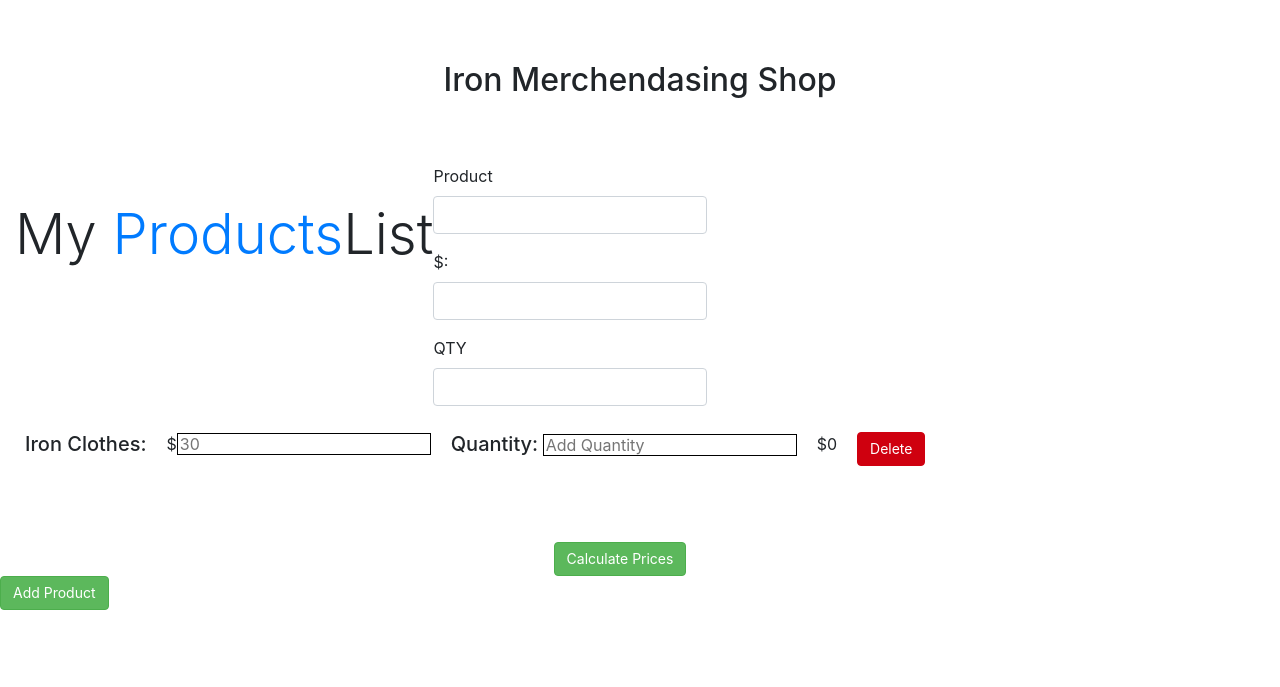
Repository: konstantin0s/lab-cart-DOM
Page: index.html
An editor plug-in stored every save of this project. The page is shown before and after a run of saves, followed by the edit.
The browser window is 1280 px wide. The pictures show the whole page.
Some web libraries are served in a nearby version.

Above is the page before, as saved 2019-02-02 08:36:01.
Console error: ReferenceError: crea is not defined

### index.html
<!DOCTYPE html>
<html lang="en">
<head>
  <meta charset="UTF-8">
  <meta name="viewport" content="width=device-width, initial-scale=1.0">
  <meta http-equiv="X-UA-Compatible" content="ie=edge">
  <link rel="stylesheet" href="https://stackpath.bootstrapcdn.com/bootstrap/4.2.1/css/bootstrap.min.css">
  <link rel="stylesheet" href="https://cdnjs.cloudflare.com/ajax/libs/normalize/5.0.0/normalize.min.css">
  <link rel="stylesheet" href="./css/style.css">
  <title>Ironhack cart</title>
</head>

<body>
  <h1  class="title">Iron Merchendasing Shop</h1>

  <div class="container mt-4">
    <h1 class="display-4 text-center">
      <i class="fas fa-book-open text-primary"></i>
      My <span class="text-primary">Products</span>List
      </h1>
      <form action="" id="book-form">
        <div class="form-group">
          <label for="product">Product</label>
          <input id="title" class="form-control" type="text">
        </div>
        <div class="form-group">
          <label for="price">$:</label>
          <input id="title" class="form-control" type="text">
        </div>
        <div class="form-group">
          <label for="quantity">QTY</label>
          <input id="title" class="form-control" type="text">
        </div>
      </form>
  </div>


  <div class="container">
    <div class="product">
      <span class="proName">
       <h5> Iron Clothes:</h5>
      </span>
    </div>
    <div class="cost">
      <!-- <span class="costUnit">
          30
      </span> -->
      <label for="cost">
          $<input type="text" placeholder="30" id="costUnit">
      </label>
    </div>
    <div class="input">
      <label for="unit">
         <h5>Quantity:</h5>
      </label>
      <input type="text" placeholder="Add Quantity" id="quantity">
    </div>
    <div class="totalP">
      <span class="price">
        $0
      </span>
    </div>

    <div class="remove">
      <button class="button btn-delete" type="button">Delete</button>
    </div>
  </div>

    <div class="calculate">
      <button type="button" class="button btn-success" id="calc-prices-button">Calculate Prices</button>
    </div>

    <div class="addProductButton">
      <button type="button" class="button btn-success" id="addExtra">Add Product</button>
    </div>

    <div class="newRowItems">

    </div>

      <script type="text/javascript" src="./js/index.js"></script>

</body>
</html>

### css/style.css

body{
  background-color: rgb(red, green, blue)
}

.title {
  text-align: center;
  padding: 40px;
}

.container {
  display: flex;
  margin-right: 230px;
}

input {
  border: solid 1px black;
}

.button {
  display: inline-block;
  padding: 6px 12px;
  margin-bottom: 0;
  font-size: 14px;
  font-weight: 400;
  line-height: 1.42857143;
  text-align: center;
  white-space: nowrap;
  vertical-align: middle;
  -ms-touch-action: manipulation;
  touch-action: manipulation;
  cursor: pointer;
  -webkit-user-select: none;
  -moz-user-select: none;
  -ms-user-select: none;
  user-select: none;
  background-image: none;
  border: 1px solid transparent;
  border-radius: 4px;
}

.btn-success {
    color: #fff;
    background-color: #5cb85c;
    border-color: #4cae4c;
}

.product {
  margin: 10px;

}

.cost {
  margin: 10px;

}

.input {
  margin: 10px;
}

.totalP {
  margin: 10px;
}

.calculate {
  display: flex;
  flex-direction: column;
  align-items: center;
  margin-top: 60px;
  margin-left: -40px;
}

.remove {
  margin: 10px;
}

.btn-delete {
    color: #fff;
    background-color: #CF000F;
    border-color: #CF000F;
}

.quantity {
  margin: 0px 5px;
  height: 30px;
}

.newRowItems {
  display: flex;
  flex-direction: column;

}

.newRowItems p{
 position: relative;
 top: -40px;
 left: 175px;
}

.newRowItems h5{
  position: relative;
  top: 0px;
  left: 20px;
 }

 .newRowItems input{
  position: relative;
  top: -91px;
  left: 190px;
 }

### js/index.js


  document.getElementById("calc-prices-button").addEventListener("click", getTotalPrice);
  document.getElementById("addExtra").addEventListener("click", createNewItemRow);

//         var clickedElement = event.target;
//         var parentElement = event.target.parentElement;

//         Retrieves the unit price of the product
// Retrieves the quantity of items desired
// Calculates the total price based on this data
// Updates the total price in the DOM
// getPriceByProduct();




function deleteItem(e){

}

function getPriceByProduct(itemNode){

}


function updatePriceByProduct(productPrice, index){

}

function getTotalPrice(result) {
   var getQuantity = parseInt(document.getElementById('costUnit').value);
   var getInput = parseFloat(document.getElementById('quantity').value);
   var result = getQuantity * getInput;

    if (!result) {
    document.getElementsByClassName("totalP")[0].innerHTML = "Please Enter Numbers";
  } else {
    document.getElementsByClassName("totalP")[0].innerHTML = "Total price is = $" + result;
  }
}

function createQuantityInput(){

}

function createDeleteButton(){

}

function createQuantityNode(){

}

function createItemNode(dataType, itemData){

}crea

function createNewItemRow(itemName, itemUnitPrice){
  var h1 = document.createElement("H5");                       // Create a <p> element
  itemName = document.createTextNode("Sexy Shirt: ");      // Create a text node
  h1.appendChild(itemName);                                          // Append the text to <p>
  document.getElementsByClassName("newRowItems")[0].appendChild(h1);

  var label = document.createElement("LABEL");
  var par = document.createElement("P");                       // Create a <p> element
  var dollar = document.createTextNode("$");
  par.appendChild(dollar);
  itemUnitPrice = document.createElement("INPUT");
  label.appendChild(itemUnitPrice);
  document.getElementsByClassName('newRowItems')[0].appendChild(par);
  document.getElementsByClassName('newRowItems')[0].appendChild(label);

}

function createNewItem(){

}

window.onload = function(){
  var calculatePriceButton = document.getElementById('calc-prices-button');
  var createItemButton = document.getElementById('new-item-create');
  var deleteButtons = document.getElementsByClassName('btn-delete');

  calculatePriceButton.onclick = getTotalPrice;
  createItemButton.onclick = createNewItem;

  for(var i = 0; i<deleteButtons.length ; i++){
    deleteButtons[i].onclick = deleteItem;
  }
};

After the next 2 saves:
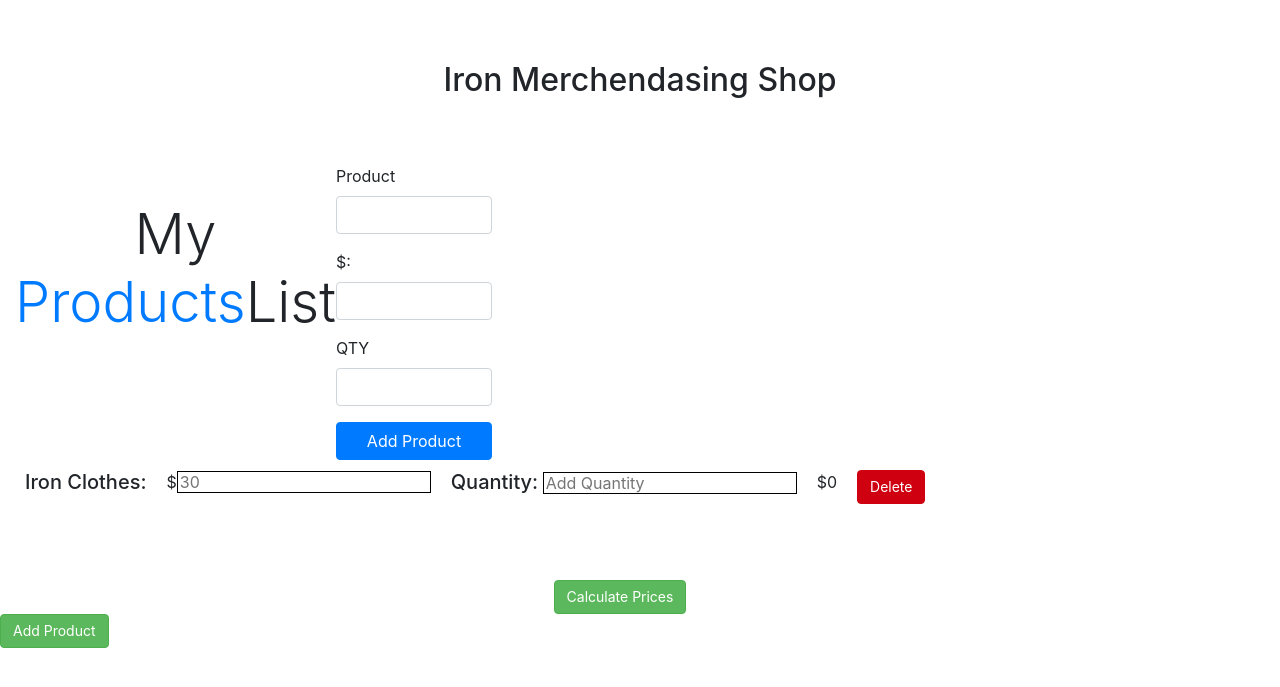
The 2 saves are shown as one change because they came seconds apart.
The last was saved 109 s later.
--- a/index.html
+++ b/index.html
@@ -21,17 +21,22 @@
       <form action="" id="book-form">
         <div class="form-group">
           <label for="product">Product</label>
-          <input id="title" class="form-control" type="text">
+          <input id="newProd" class="form-control" type="text">
         </div>
         <div class="form-group">
           <label for="price">$:</label>
-          <input id="title" class="form-control" type="text">
+          <input id="newPrice" class="form-control" type="text">
         </div>
         <div class="form-group">
           <label for="quantity">QTY</label>
-          <input id="title" class="form-control" type="text">
+          <input id="newQty" class="form-control" type="text">
         </div>
+        <input type="sumbit" value="Add Product"
+          class="btn btn-primary btn-block">
       </form>
+        <table class="table table-striped">
+
+        </table>
   </div>
 
 
